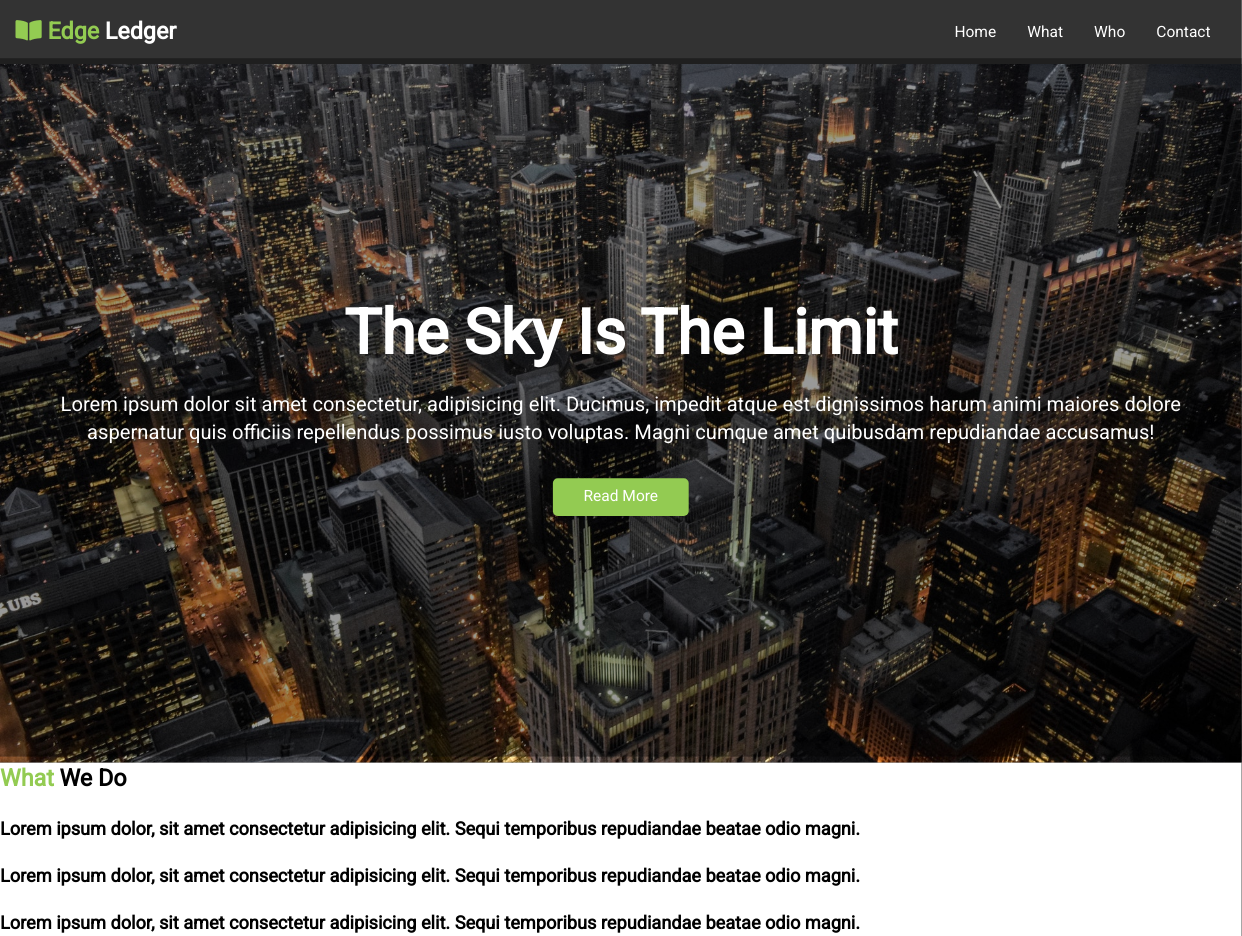
Repository: minhtien9/EdgeLedger-Financial-Web
Page: index.html
The author's editor kept a copy of each file at every save. The page is drawn from the files as they stood at one save, then again after a run of saves.
The browser window is 1280 px wide. The pictures show the whole page, at 97% of full size.

Above is the page before, as saved 2021-08-16 22:09:15.

After the next 3 saves:
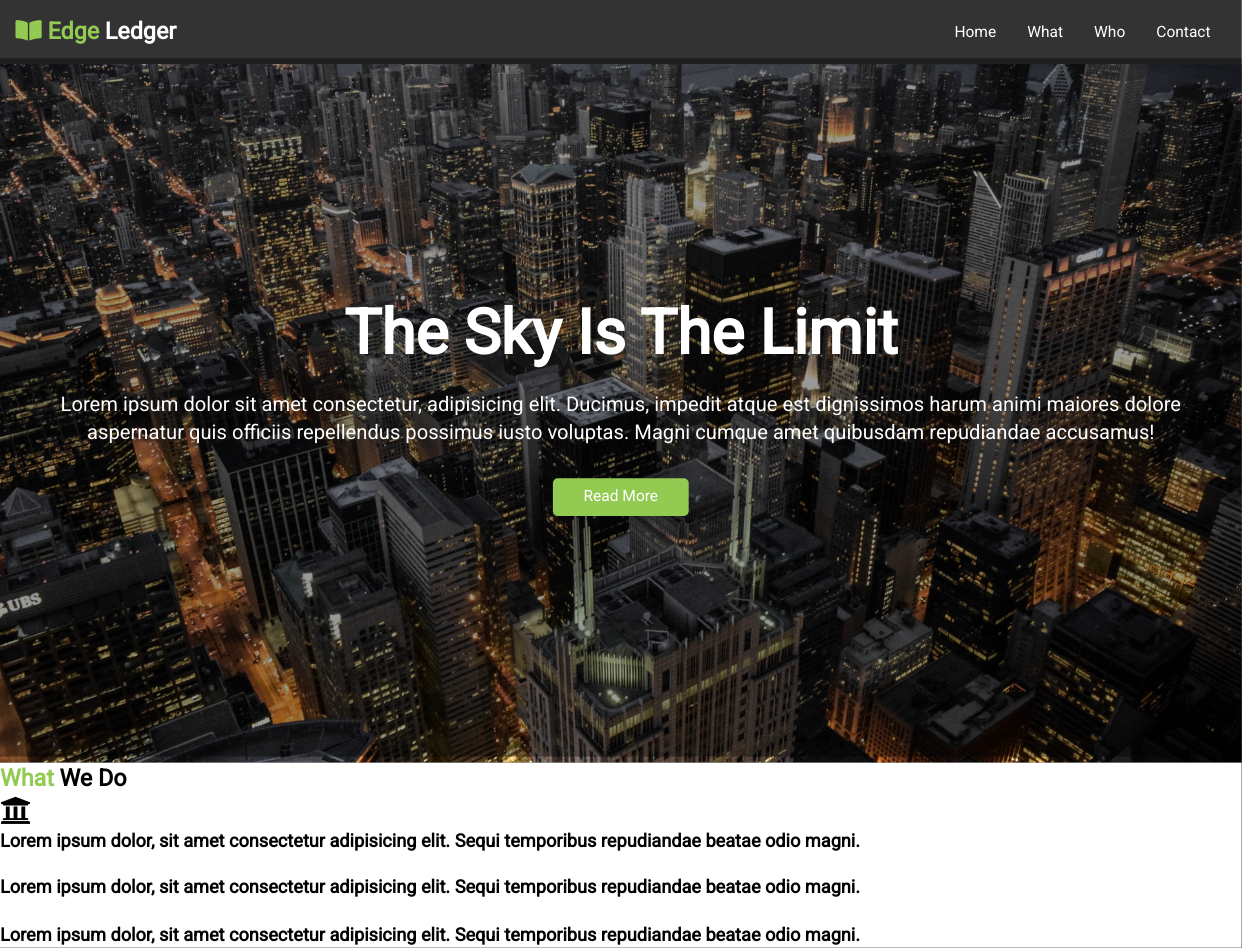
The 3 saves are shown as one change because they came seconds apart.
The last was saved 13 s later.
--- a/index.html
+++ b/index.html
@@ -46,7 +46,7 @@
         <h2 class="m-heading"><span class="text-primary">What</span> We Do</h2>
             <div class="items">
                 <div class="item">
-                    <i class="fas fa university fa-2x"></i>
+                    <i class="fas fa-university fa-2x"></i>
                     <div>
                         <h3>
                             Lorem ipsum dolor, sit amet consectetur adipisicing elit. Sequi temporibus repudiandae beatae odio magni.
@@ -54,7 +54,7 @@
                     </div>
                 </div>
                 <div class="item">
-                    <i class="fas fa university fa-2x"></i>
+                    <i class="fas fa-reader fa-2x"></i>
                     <div>
                         <h3>
                             Lorem ipsum dolor, sit amet consectetur adipisicing elit. Sequi temporibus repudiandae beatae odio magni.
